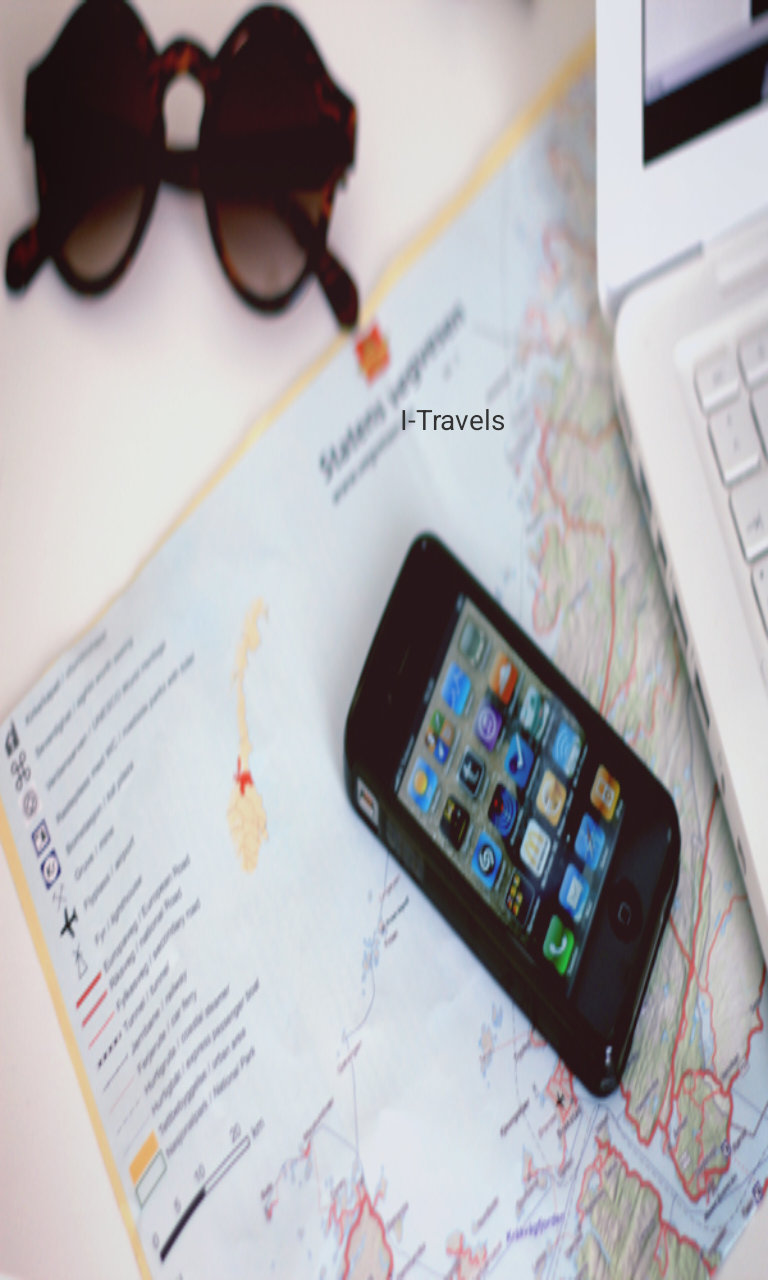
Repository: prernanain27/Android-Travel-Project
Layout: Itravel/res/layout/activity_itravel.xml
The author's editor kept a copy of each file at every save. The layout is drawn from the files as they stood at one save, then again after the next save.
It is drawn on a 768 x 1280 px phone screen (xhdpi) without system bars, with theme AppTheme; the app's code is not run.

Above is the layout before, as saved 2013-09-19 16:49:17.

After the next save:
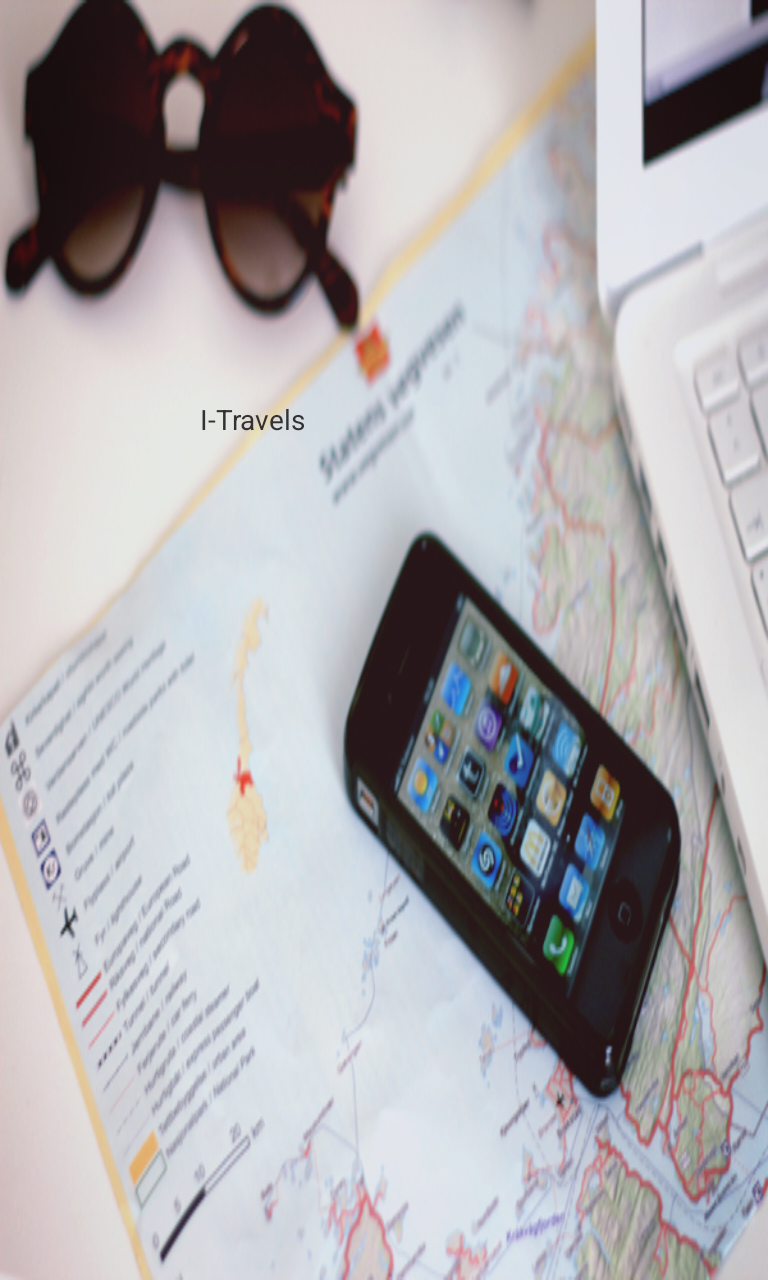
Saved 13 s later.
--- a/Itravel/res/layout/activity_itravel.xml
+++ b/Itravel/res/layout/activity_itravel.xml
@@ -13,7 +13,7 @@
         android:layout_centerVertical="true"
         android:text="I-Travels"
         android:layout_marginTop="200dp"
-        android:layout_marginLeft="200dp"
+        android:layout_marginLeft="100dp"
 
         />
 
